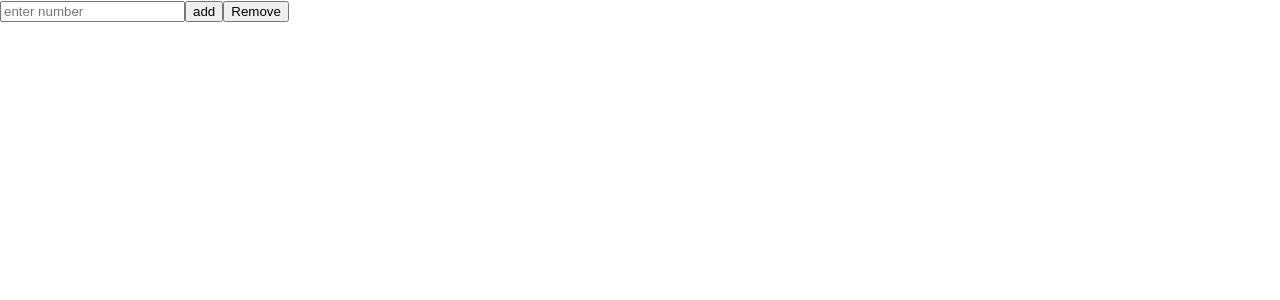
Repository: Anuruddha00/counter-app
Page: /
An editor plug-in stored every save of this project. The page is shown before and after the next save, followed by the edit.
The browser window is 1280 px wide. The pictures show the whole page.
The project was rebuilt for these pictures with package versions that can differ from the ones it lists, and the page was loaded fresh each time.

Above is the page before, as saved 2021-07-07 22:18:17.

After the next save:
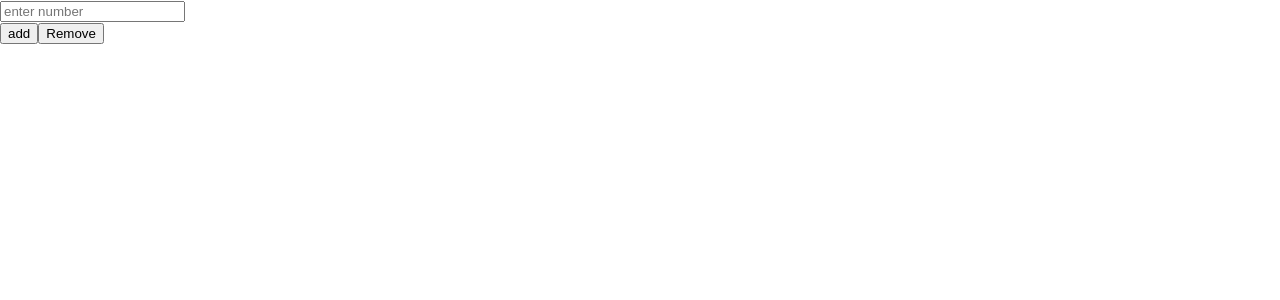
Saved 58 s later.
--- a/src/App.js
+++ b/src/App.js
@@ -15,8 +15,10 @@ function App() {
   return (
     <div>
       <Count count={inputHandler}/>
-      <Increase num={number} increase={setNumber}/>
-      <Decrease num={number} decrease={setNumber}/>
+      <div>
+        <Increase num={number} increase={setNumber}/>
+        <Decrease num={number} decrease={setNumber}/>
+      </div>
       <p>{number}</p>
     </div>
   );
